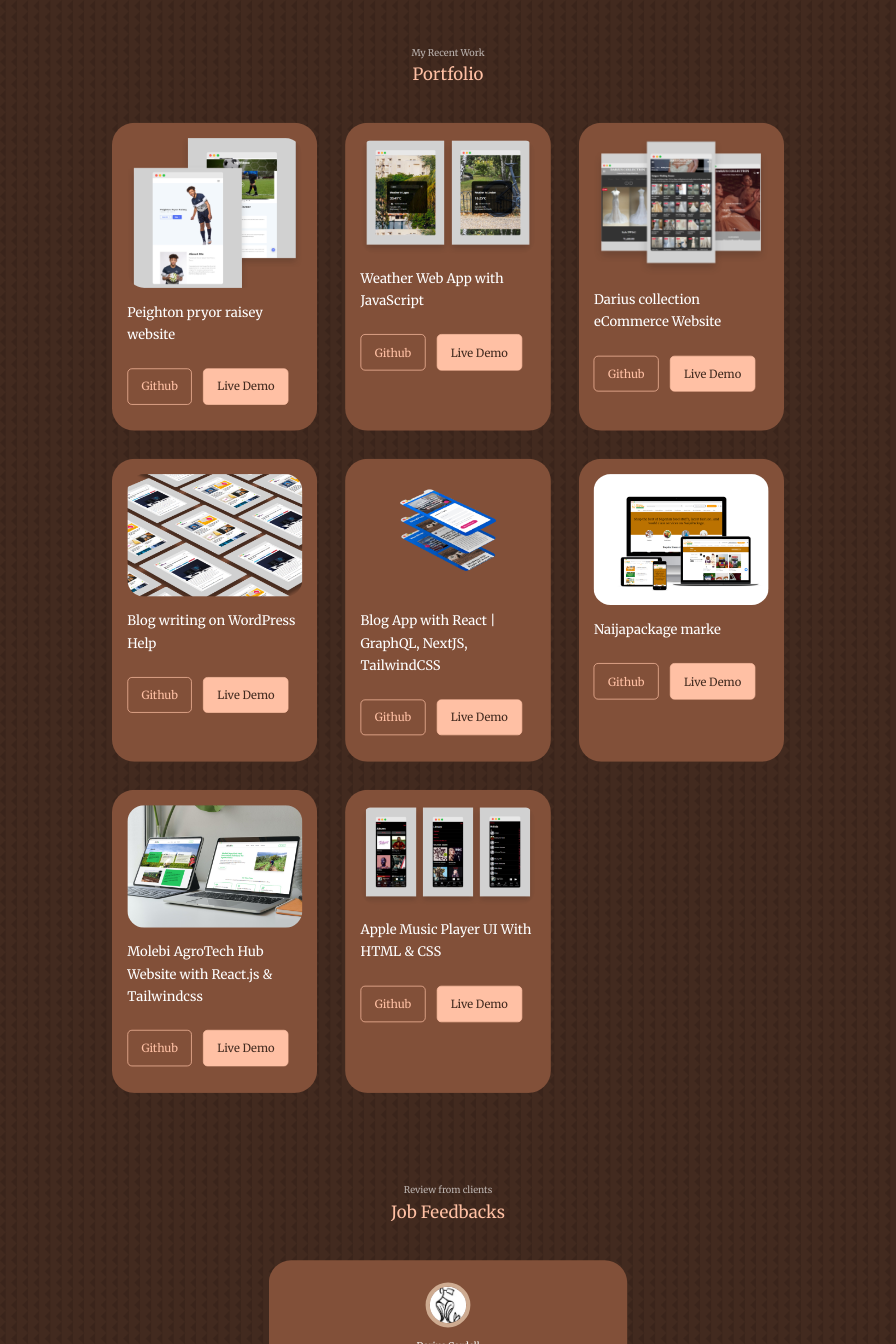
Repository: akinolapo/akinolapo-react
Page: /
An editor plug-in stored every save of this project. The page is shown before and after the next save, followed by the edit.
The browser window is 1280 px wide. The pictures show the part of the page from y = 2976 to 4896 px (the page is 6514 px tall), at 70% of full size.
The project was rebuilt for these pictures with package versions that can differ from the ones it lists, and the page was loaded fresh each time.

Above is the page before, as saved 2023-06-12 16:12:04.

After the next save:
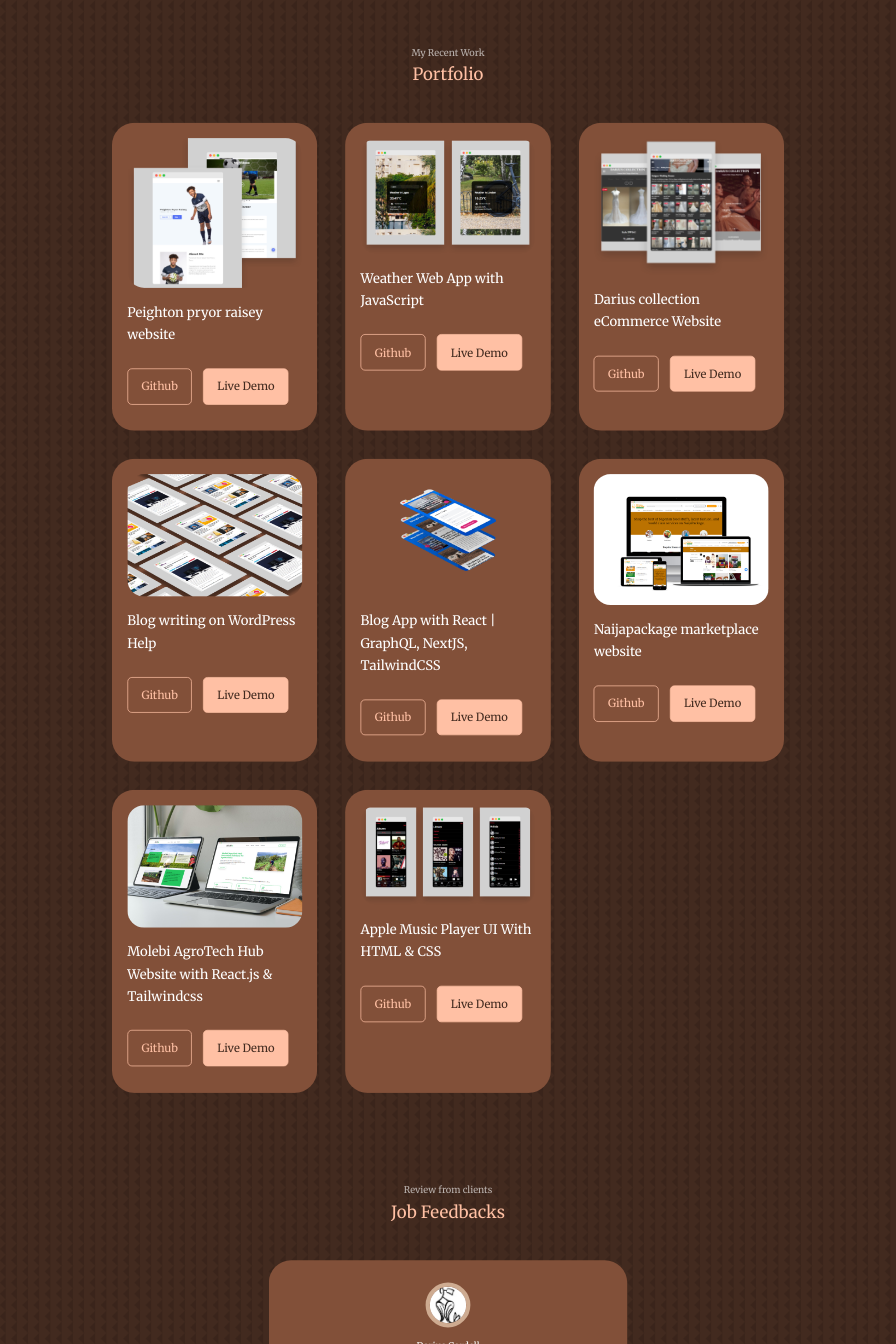
Saved 7 s later.
--- a/src/components/portfolio/portfolio.jsx
+++ b/src/components/portfolio/portfolio.jsx
@@ -56,7 +56,7 @@ const data =[
 {
   id: 8,
   image: process.env.PUBLIC_URL+`assets/portfolio8.jpg`,
-  title: 'Naijapackage marke',
+  title: 'Naijapackage marketplace website',
   github: 'https://github.com/akinolapo/ios-music-player',
   demo: 'https://ios-music-player.netlify.app/'
 }
